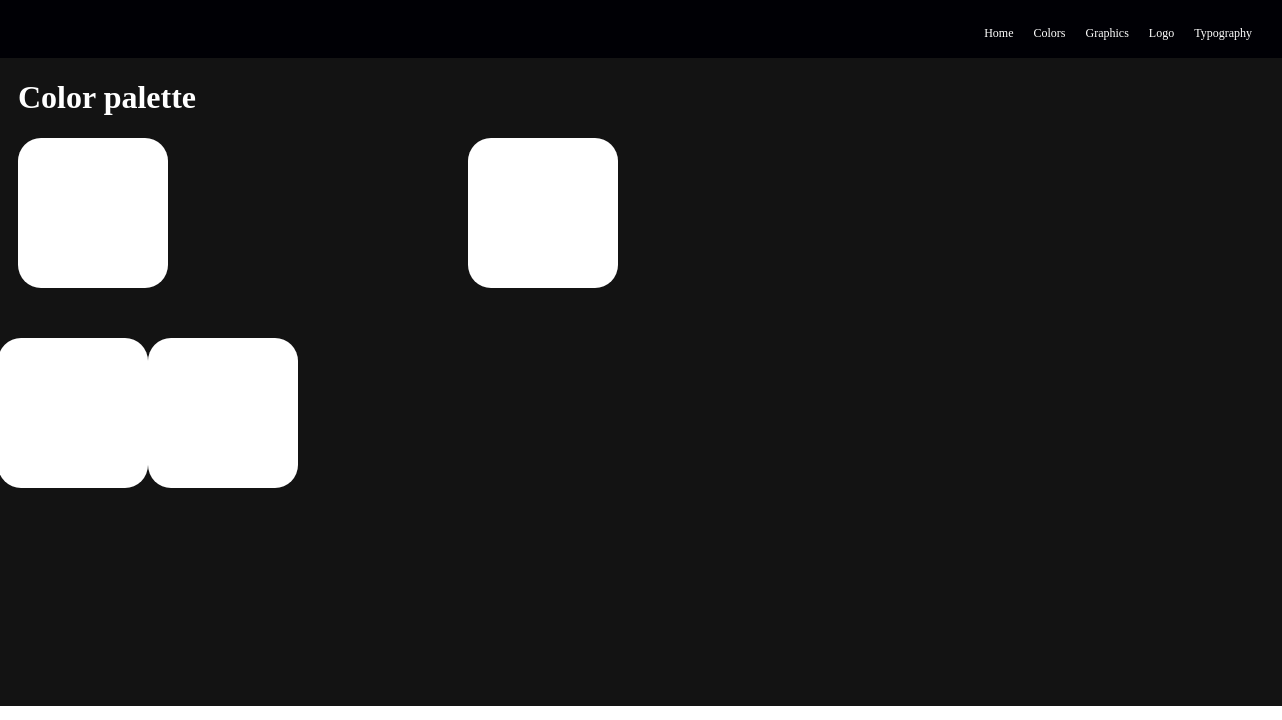
Repository: KyannaKrueger/a5styleguide
Page: /colors
These files come from the project's save history. The page is drawn as it stood at one moment and after the next save; the edit follows.
The browser window is 1280 px wide. The page is 1282 px wide, so the pictures cover 1282 px, including what lies to the right of the window. The pictures show the whole page.
The project was rebuilt for these pictures with package versions that can differ from the ones it lists, and the page was loaded fresh each time. The framework's server and built-in components were replaced by stand-ins that run in the browser. Also part of the build but not shown: next.config.mjs.

Above is the page before, as saved 2024-04-05 14:09:15.

After the next save:
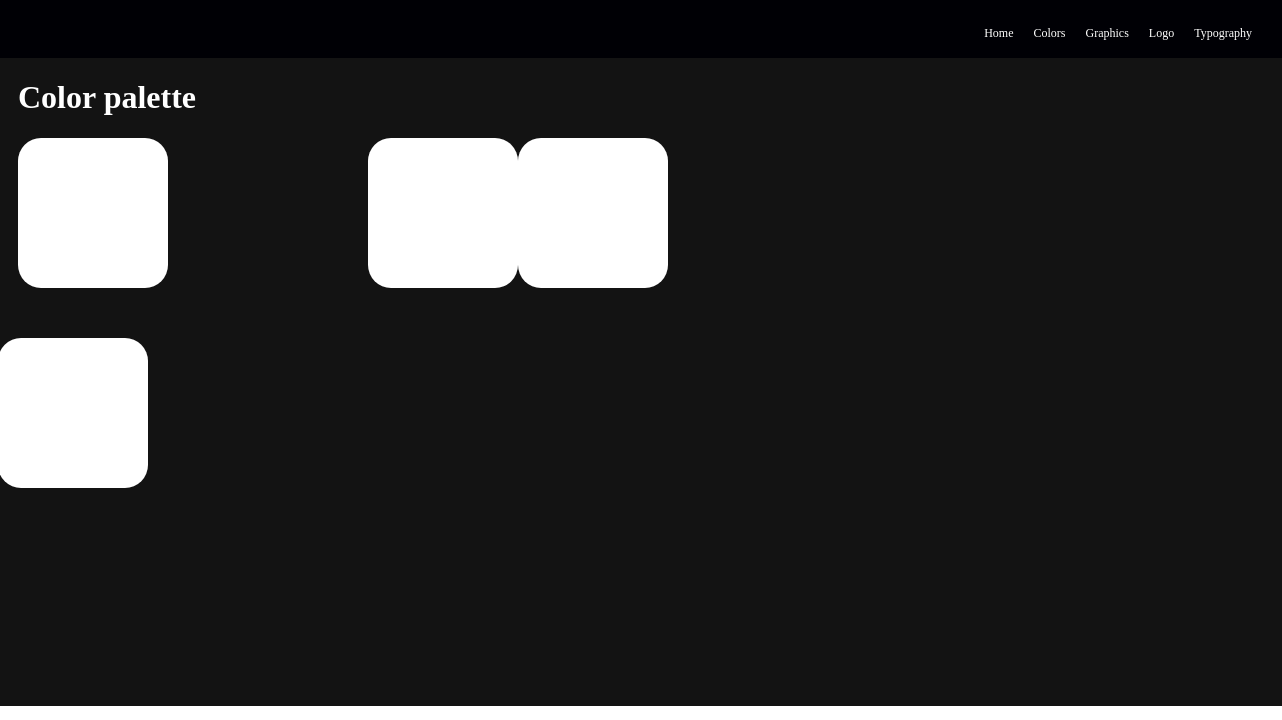
Saved 15 s later.
--- a/styles/colors.module.css
+++ b/styles/colors.module.css
@@ -29,7 +29,7 @@
     height: 150px;
     border-radius: 23px;
     margin-left: 20px;
-    margin-right: 300px;
+    margin-right: 200px;
   }
   .sqTwo {
     background-color: #fff;
